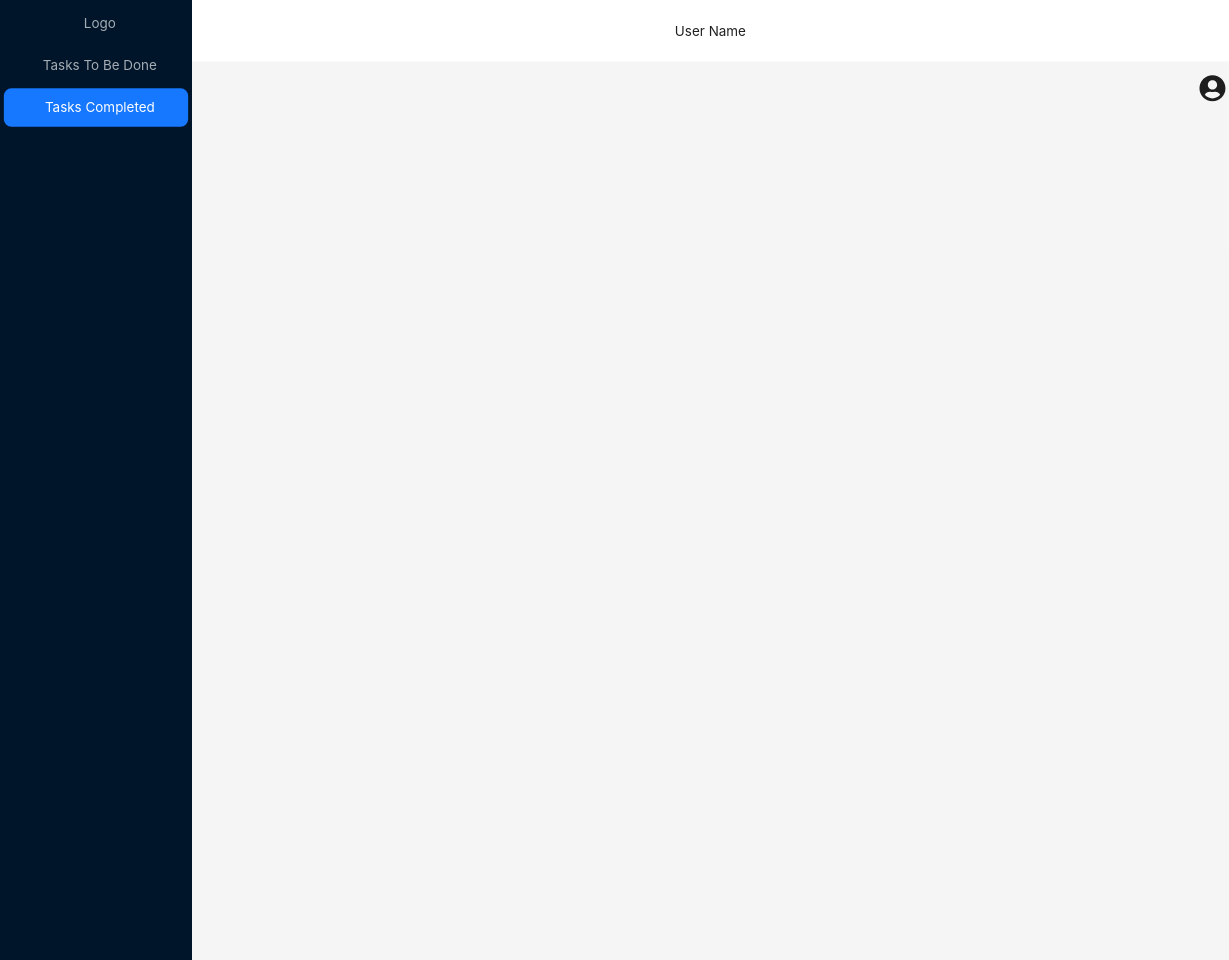
Repository: runner855/todolist_new
Page: /
The author's editor kept a copy of each file at every save. The page is drawn from the files as they stood at one save, then again after a run of saves.
The browser window is 1280 px wide. The pictures show the whole page, at 96% of full size.
The project was rebuilt for these pictures with package versions that can differ from the ones it lists, and the page was loaded fresh each time.

Above is the page before, as saved 2023-03-19 17:16:45.

After the next 2 saves:
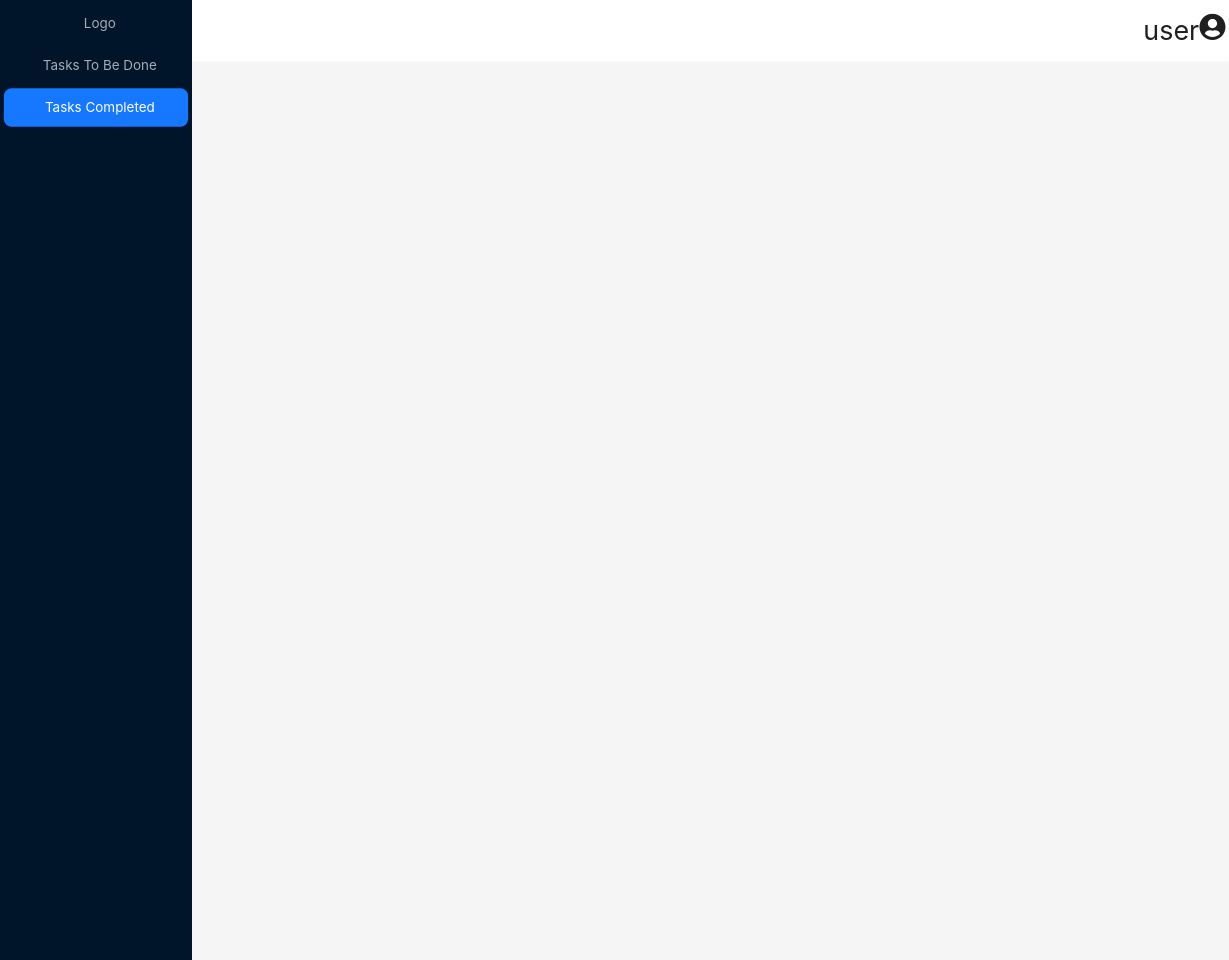
The 2 saves are shown as one change because they came seconds apart.
The last was saved 15 s later.
--- a/src/components/NavBar/NavBar.tsx
+++ b/src/components/NavBar/NavBar.tsx
@@ -44,8 +44,7 @@ export const NavBar = () => {
       </Sider>
       <Layout>
         <Header style={{ padding: 0, background: colorBgContainer }}>
-          <div className='username'>User Name</div>
-        <div className='avatar'><FaUserCircle/></div>
+        <div className='avatar'>user<FaUserCircle/></div>
 
         </Header>
       </Layout>
